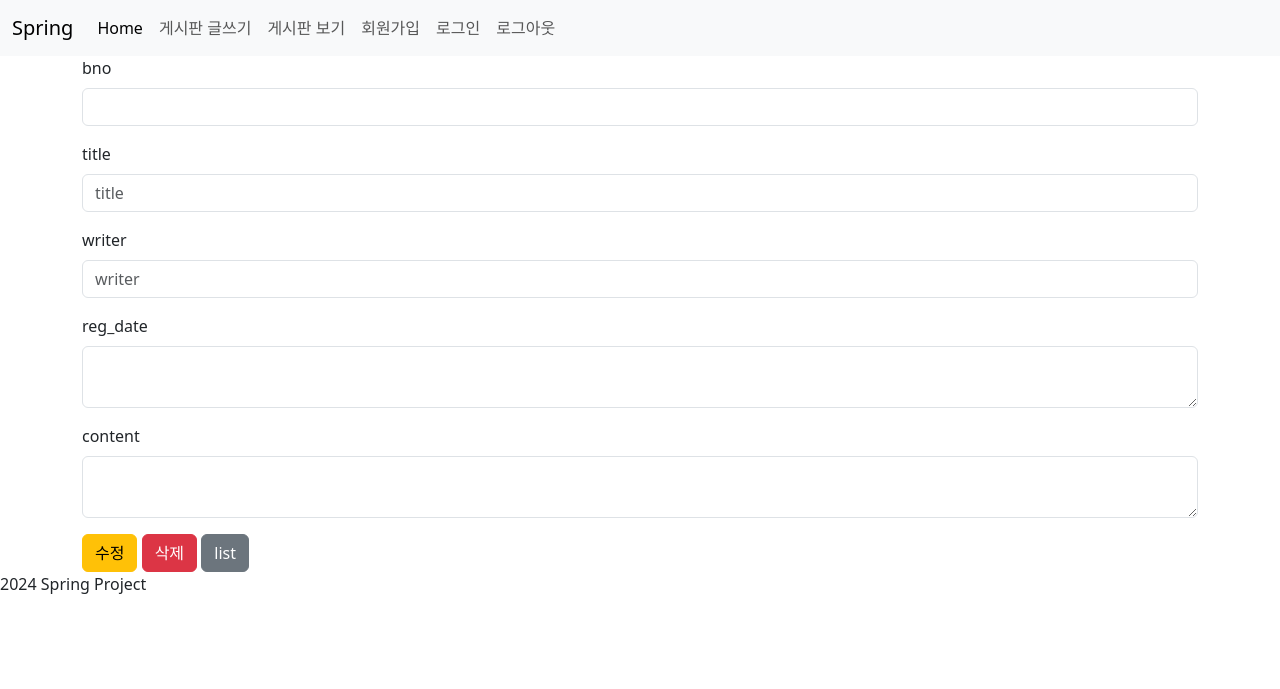
Repository: kimnoanoa/springTest240430
Page: http://localhost/spring_study/WEB-INF/views/board/modify.jsp
The author's editor kept a copy of each file at every save. The page is drawn from the files as they stood at one save, then again after the next save.
The browser window is 1280 px wide. The pictures show the whole page.
The page is served by Tomcat 9. Nobody is signed in. The template is opened directly, without the code that normally fills it, so the values that code supplies are empty.

Above is the page before, as saved 2024-04-24 05:59:44.

### spring_study/src/main/webapp/WEB-INF/views/board/modify.jsp
<%@ page language="java" contentType="text/html; charset=UTF-8"
    pageEncoding="UTF-8"%>
    <jsp:include page="../layout/header.jsp"></jsp:include>
	<div class="container-md">

			<div class="mb-3">
			  <label for="n" class="form-label">bno</label>
			  <input type="text" class="form-control" id="n" name="title" readonly="readonly" placeholder="">
			</div>
			<div class="mb-3">
			  <label for="t" class="form-label">title</label>
			  <input type="text" class="form-control" id="t" name="title" placeholder="title">
			</div>
			<div class="mb-3">
			  <label for="w" class="form-label">writer</label>
			  <input type="text" class="form-control" id="w" name="writer" readonly="readonly" placeholder="writer">
			</div>
			<div class="mb-3">
			   <label for="r" class="form-label">reg_date</label>
			  <textarea class="form-control" id="r" aria-label="With textarea" readonly="readonly"  name="reg_date"></textarea>
			</div>
			<div class="mb-3">
			   <label for="c" class="form-label">content</label>
			  <textarea class="form-control" id="c" aria-label="With textarea" name="content"></textarea>
			</div>
			<a><button type="button" class="btn btn-warning">수정</button></a>
			<a><button type="button" class="btn btn-danger">삭제</button></a>
			<a><button type="button" class="btn btn-secondary">list</button></a>

	</div>

    <jsp:include page="../layout/footer.jsp"></jsp:include>

### spring_study/src/main/webapp/WEB-INF/views/layout/header.jsp
<%@ page language="java" contentType="text/html; charset=UTF-8"
    pageEncoding="UTF-8"%>
<!DOCTYPE html>
<html>
<head>
<meta charset="UTF-8">
<title>header.jsp</title>
</head>
<link href="https://cdn.jsdelivr.net/npm/bootstrap@5.3.3/dist/css/bootstrap.min.css" rel="stylesheet" integrity="sha384-QWTKZyjpPEjISv5WaRU9OFeRpok6YctnYmDr5pNlyT2bRjXh0JMhjY6hW+ALEwIH" crossorigin="anonymous">
<script src="https://cdn.jsdelivr.net/npm/bootstrap@5.3.3/dist/js/bootstrap.bundle.min.js" integrity="sha384-YvpcrYf0tY3lHB60NNkmXc5s9fDVZLESaAA55NDzOxhy9GkcIdslK1eN7N6jIeHz" crossorigin="anonymous"></script>
<body>
<nav class="navbar navbar-expand-lg bg-body-tertiary">
  <div class="container-fluid">
    <a class="navbar-brand" href="#">Spring</a>
    <button class="navbar-toggler" type="button" data-bs-toggle="collapse" data-bs-target="#navbarSupportedContent" aria-controls="navbarSupportedContent" aria-expanded="false" aria-label="Toggle navigation">
      <span class="navbar-toggler-icon"></span>
    </button>
    <div class="collapse navbar-collapse" id="navbarSupportedContent">
      <ul class="navbar-nav me-auto mb-2 mb-lg-0">
        <li class="nav-item">
          <a class="nav-link active" aria-current="page" href="#">Home</a>
        </li>
        <li class="nav-item">
          <a class="nav-link" href="/board/register">게시판 글쓰기</a>
        </li>
        <li class="nav-item">
          <a class="nav-link" href="/board/list">게시판 보기</a>
        </li>
        <li class="nav-item">
          <a class="nav-link" href="#">회원가입</a>
        </li>
        <li class="nav-item">
          <a class="nav-link" href="#">로그인</a>
        </li>
        <li class="nav-item">
          <a class="nav-link" href="#">로그아웃</a>
        </li>
        </ul>
    </div>
  </div>
</nav>

### spring_study/src/main/webapp/WEB-INF/views/layout/footer.jsp
<%@ page language="java" contentType="text/html; charset=UTF-8"
    pageEncoding="UTF-8"%>
<div>
2024 Spring Project
</div>
</body>
</html>

After the next save:
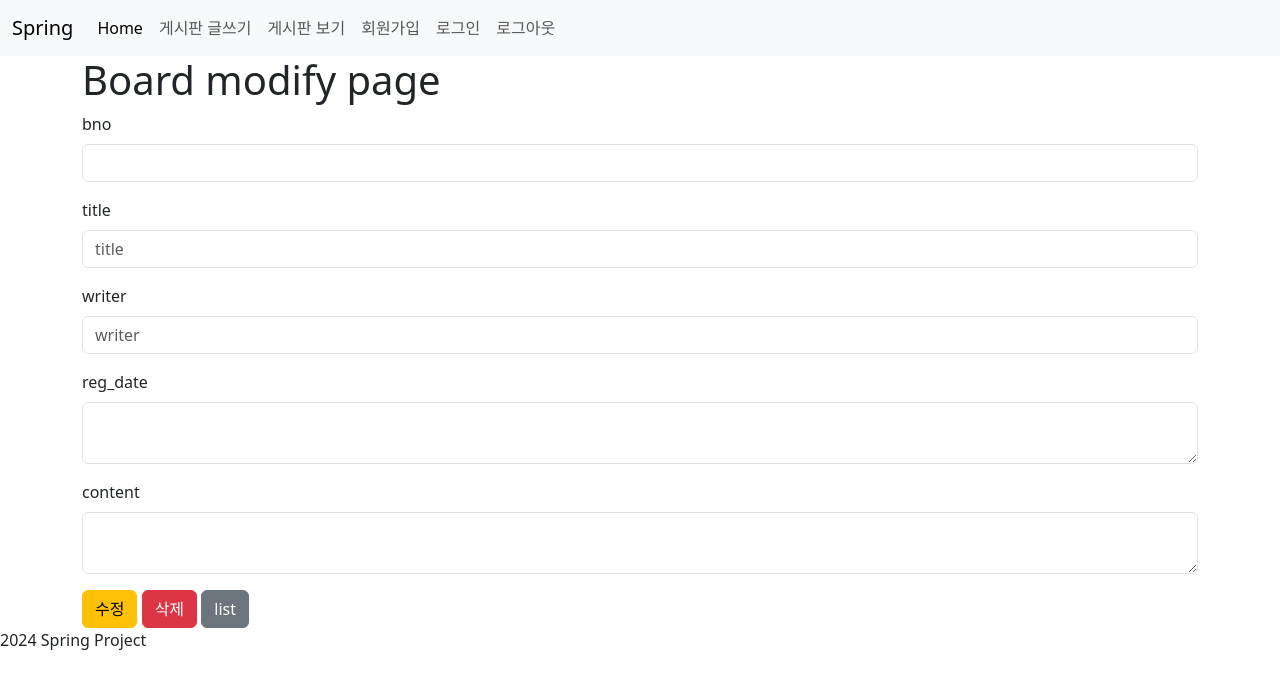
Saved 4 s later.
--- a/spring_study/src/main/webapp/WEB-INF/views/board/modify.jsp
+++ b/spring_study/src/main/webapp/WEB-INF/views/board/modify.jsp
@@ -2,6 +2,7 @@
     pageEncoding="UTF-8"%>
     <jsp:include page="../layout/header.jsp"></jsp:include>
 	<div class="container-md">
+	<h1>Board modify page</h1>
 
 			<div class="mb-3">
 			  <label for="n" class="form-label">bno</label>
